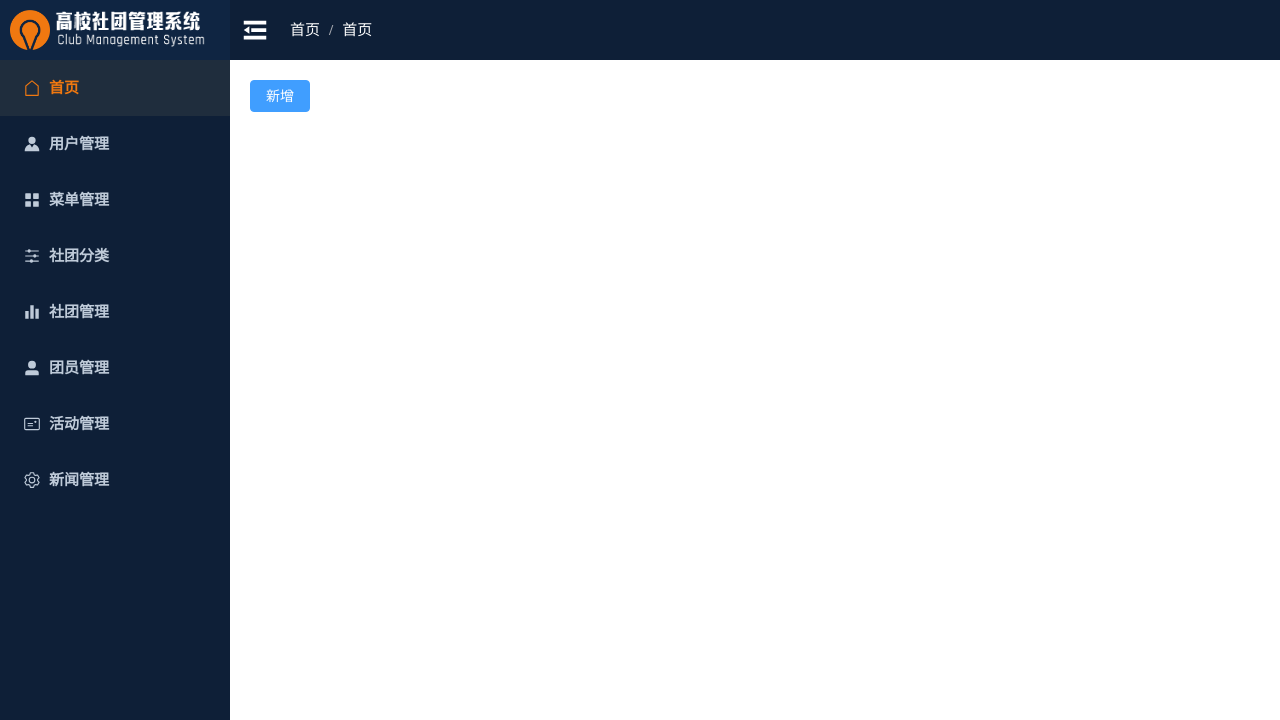
Repository: SanaatanX/Web-Engineering
Page: /home (app in 后台管理系统/team-admin/)
These files come from the project's save history. The page is drawn as it stood at one moment and after the next save; the edit follows.
The browser window is 1280 px wide. The pictures show the whole page.
An inner scrolling area shows only its first screen. The project was rebuilt for these pictures with package versions that can differ from the ones it lists, and the page was loaded fresh each time. Also part of the build but not shown: 后台管理系统/team-admin/vite.config.ts.

Above is the page before, as saved 2025-05-14 21:41:21.

After the next save:
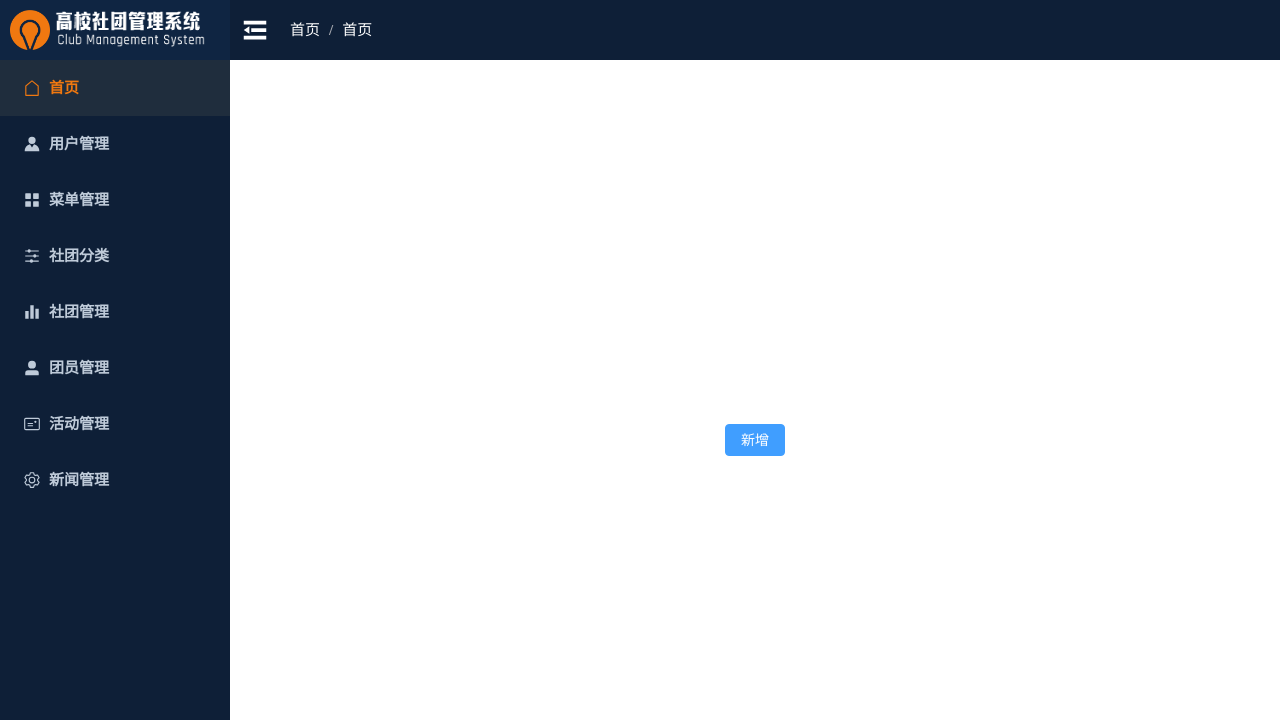
Saved 37 s later.
--- a/后台管理系统/team-admin/src/views/home/index.vue
+++ b/后台管理系统/team-admin/src/views/home/index.vue
@@ -1,5 +1,5 @@
 <template>
-  <div>
+  <div style="display: flex; justify-content: center; align-items: center; height: 100vh;">
     <el-button type="primary" size="default" @click="onShow">新增</el-button>
     <!-- 弹框组件 -->
     <SysDialog

After the 2 saves that followed:
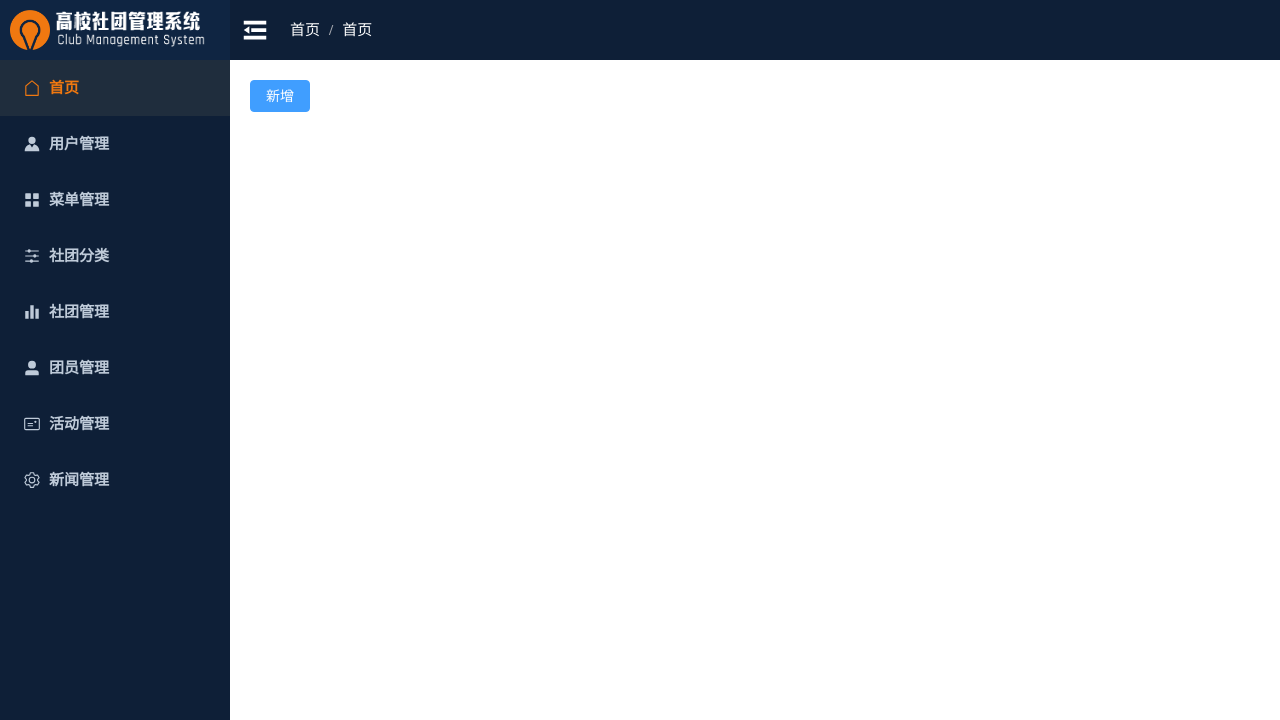
The 2 saves are shown as one change because they came seconds apart.
The last was saved 14 s later.
--- a/后台管理系统/team-admin/src/views/home/index.vue
+++ b/后台管理系统/team-admin/src/views/home/index.vue
@@ -1,14 +1,14 @@
 <template>
-  <div style="display: flex; justify-content: center; align-items: center; height: 100vh;">
+  <div>
     <el-button type="primary" size="default" @click="onShow">新增</el-button>
     <!-- 弹框组件 -->
     <SysDialog
       :title="dialog.title"
-      :visible="dialog.visible"
-      :width="dialog.width"
-      :height="dialog.height"
-      @onClose="onClose"
-      @onConfirm="onConfirm"
+    :visible="dialog.visible"
+    :width="dialog.width"
+    :height="dialog.height"
+    @onClose="onClose"
+    @onConfirm="onConfirm"
     >
       <template v-slot:content> 弹框测试 </template>
     </SysDialog>
